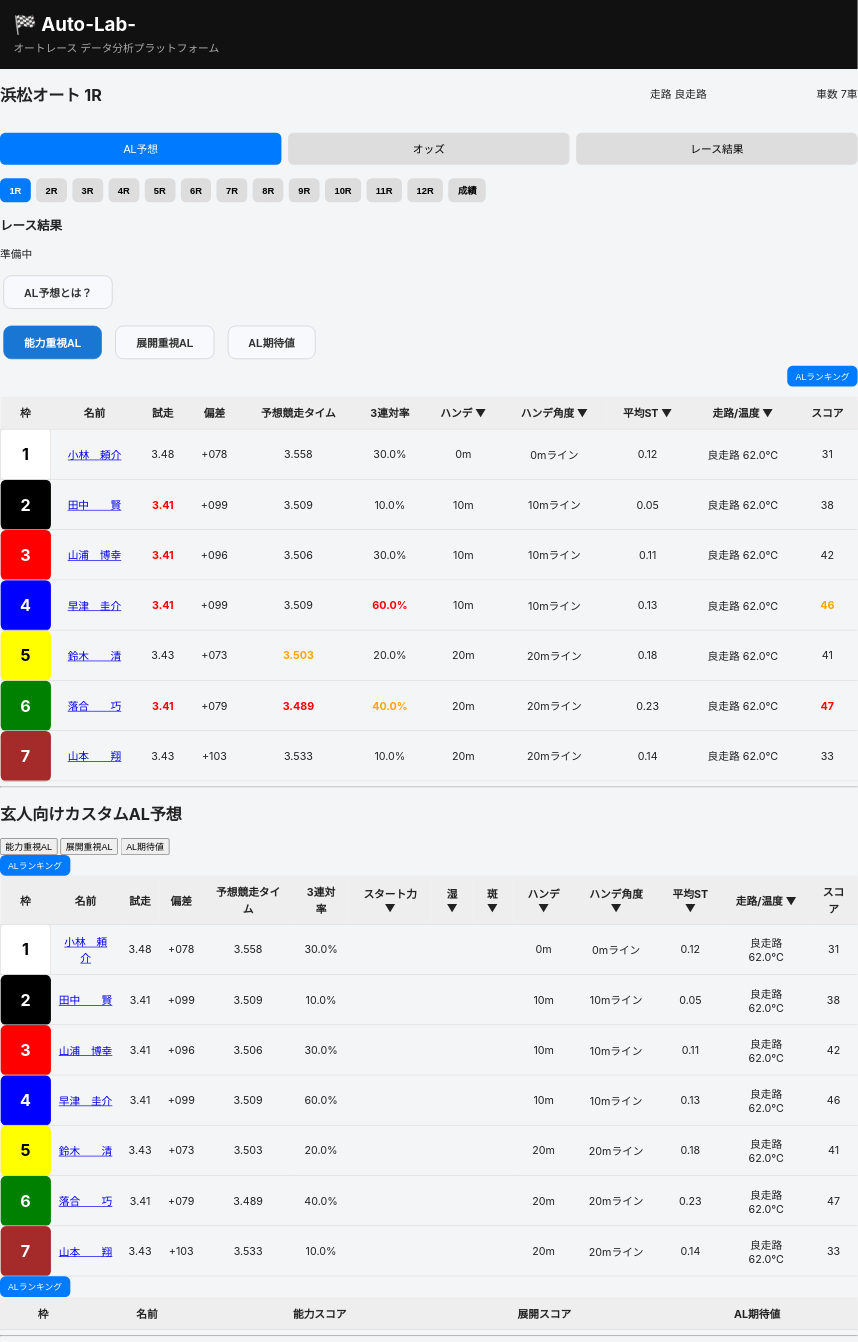
Repository: autorace-lab/Auto-Lab--main
Page: race.html
These files come from the project's save history. The page is drawn as it stood at one moment and after the next save; the edit follows.
The browser window is 1280 px wide. The pictures show the whole page, at 67% of full size.

Above is the page before, as saved 2026-08-07 22:52:00.

### race.html
<!DOCTYPE html>
<html lang="ja">

<head>
<meta charset="UTF-8">
<meta name="viewport" content="width=device-width, initial-scale=1.0">

<title>Auto-Lab- | オートレースデータ分析</title>

<link rel="stylesheet" href="style.css">

</head>


<div id="playerModal" class="modal">

<div class="modal-content">

<span class="close" onclick="closePlayer()">×</span>

<h2 id="playerName"></h2>

<p><strong>ランク</strong>　<span id="playerRank"></span></p>

<p><strong>試走平均</strong>　<span id="playerTime"></span></p>

<p><strong>平均ST</strong>　<span id="playerST"></span></p>

<p><strong>試走偏差</strong>　<span id="playerDiff"></span></p>

<p><strong>3連対率</strong>　<span id="playerTripleRate"></span></p>

<p><strong>節間成績</strong></p>

<p id="playerResults"></p>

<p><strong>直近10走</strong></p>

<p id="playerRecent"></p>

<p><strong>車番</strong>　<span id="playerCar"></span>号車</p>

<p><strong>ハンデ</strong>　<span id="playerHandicap"></span></p>

<p><strong>評価</strong>　<span id="playerEvaluation"></span></p>

</div>

</div>


<body>


<header>


<div class="logo">
<a href="index.html">
🏁 Auto-Lab-
</a>
</div>


<div class="subtitle">
オートレース データ分析プラットフォーム
</div>


</header>

<div class="race-info">

<div class="race-header">

<h2 id="raceTitle"></h2>

<p id="raceTitleType"></p>

<p id="raceDay"></p>

<p id="deadline"></p>

<p id="weather"></p>

<p id="track"></p>

<p id="cars"></p>

</div>

<div class="tabs">
  <button class="tab-btn active" onclick="changeTab('al')">AL予想</button>
  <button class="tab-btn" onclick="changeTab('odds')">オッズ</button>
  <button class="tab-btn" onclick="changeTab('result')">レース結果</button>
</div>

<div class="race-tabs">

<button class="race-tab-btn active" onclick="changeRace(1)">1R</button>
<button class="race-tab-btn" onclick="changeRace(2)">2R</button>
<button class="race-tab-btn" onclick="changeRace(3)">3R</button>
<button class="race-tab-btn" onclick="changeRace(4)">4R</button>
<button class="race-tab-btn" onclick="changeRace(5)">5R</button>
<button class="race-tab-btn" onclick="changeRace(6)">6R</button>
<button class="race-tab-btn" onclick="changeRace(7)">7R</button>
<button class="race-tab-btn" onclick="changeRace(8)">8R</button>
<button class="race-tab-btn" onclick="changeRace(9)">9R</button>
<button class="race-tab-btn" onclick="changeRace(10)">10R</button>
<button class="race-tab-btn" onclick="changeRace(11)">11R</button>
<button class="race-tab-btn" onclick="changeRace(12)">12R</button>

<button class="race-tab-btn result-tab-btn" onclick="changeRecent(this)">
成績
</button>

</div>
<div id="race" class="tab-content" style="display:none;">
  <table>
    <thead>
      <tr>
        <th>車</th>
        <th>選手</th>
        <th>ハンデ</th>
        <th>試走</th>
        <th>偏差</th>
        <th>ST</th>
        <th>3連対率</th>
        <th>節間成績</th>
    </thead>
    <tbody id="raceTable"></tbody>
  </table>
</div>
<div id="result" class="tab-content">
  <h3>レース結果</h3>
  <p>準備中</p>
</div>

<div id="recent" class="tab-content" style="display:none;">

<h2>近10走</h2>

<table class="recent-table">

<thead>
<tr>
<th>枠</th>
<th>選手</th>
<th>1走前</th>
<th>2走前</th>
<th>3走前</th>
<th>4走前</th>
<th>5走前</th>
<th>6走前</th>
<th>7走前</th>
<th>8走前</th>
<th>9走前</th>
<th>10走前</th>
</tr>
</thead>

<tbody id="recentTable">

</tbody>

</table>

</div>

<div id="odds" class="tab-content" style="display:none;">
  <h3>オッズ</h3>
  <p>ここにオッズを表示します。</p>
</div>

<div id="al" class="tab-content" style="display:block;">

   <div class="al-tabs">

<button class="al-tab-btn" onclick="toggleAbout(this)">
    AL予想とは？
</button>

</div>



    <!-- AL予想とは -->
    <div id="about" class="al-page" style="display:none;">



<h2>🏁 Auto-Lab予想（AL予想）</h2>

<p>
<strong>
試走タイムを単純評価するのではなく、選手ごとの試走特性を補正した
「予想競走タイム」と、レース条件による「展開ポイント」を組み合わせ、
そのレースにおける選手の期待値を可視化する予想システムです。
</strong>
</p>

<p>
オートレースでは、同じ試走タイムでも選手によって意味が変わります。
試走タイムを出しやすい選手、出にくい選手の特徴を
<strong>試走偏差</strong>によって補正し、
選手本来の状態を評価します。
</p>




<p>
選手自身の能力・現在の状態を重視するAI評価です。
</p>

<p>
<strong>
予想競走タイム 70％ ＋ 展開ポイント 30％
</strong>
</p>

<ul>
<li>試走タイム＋試走偏差による予想競走タイム</li>
<li>平均ST</li>
<li>ハンデ位置補正</li>
<li>走路コンディション</li>
</ul>


<h3>🌊 展開重視AL</h3>

<p>
ハンデ位置や走路条件など、レース展開の有利不利を重視するAI評価です。
</p>

<p>
<strong>
予想競走タイム 30％ ＋ 展開ポイント 70％
</strong>
</p>

<ul>
<li>試走タイム＋試走偏差による予想競走タイム</li>
<li>平均ST</li>
<li>ハンデ位置補正</li>
<li>走路コンディション（良走路・湿走路・走路温度など）</li>
</ul>


<h3>🏆 AL期待値</h3>

<p>
能力重視ALと展開重視ALの両方から、
そのレースで最も期待できる選手を分析します。
</p>

<p>
<strong>
能力 × 展開 ＝ Auto-Lab期待値
</strong>
</p>


</div>

<div class="al-sub-tabs">

<button class="al-tab-btn" onclick="changeALTab('ability', this)">
    能力重視AL
</button>

<button class="al-tab-btn" onclick="changeALTab('development', this)">
    展開重視AL
</button>

<button class="al-tab-btn" onclick="changeALTab('expectationArea', this)">
AL期待値
</button>

</div>


<section class="al-description">

  <div id="ability" class="al-page" style="display:none;">

<div class="al-header">

<div id="handicapAngleArea"></div>

    <button class="rank-btn" id="rankBtn" onclick="toggleAbilityRank()">
    ALランキング
</button>

    </div>

<table>
<thead>
<tr>
<th>枠</th>
<th>名前</th>
<th>試走</th>
<th>偏差</th>
<th>予想競走タイム</th>
<th>3連対率</th>
<th class="handicap-header" onclick="toggleHandicap()">
    ハンデ ▼
</th>
<th class="handicap-angle-header"
onclick="toggleHandicapAngle()">
ハンデ角度 ▼
</th>

<th class="st-header" onclick="toggleST()">
    平均ST ▼
</th>
<th class="temp-header" onclick="toggleTemperature()">
    走路/温度 ▼
</th>
<th>スコア</th>
</tr>
</thead>

<tbody id="abilityTable">
</tbody>

</table>
<div id="handicapAngleArea"></div>
</div>

<div id="development" class="al-page" style="display:none;">
<div class="al-header">


   <button class="rank-btn" id="developmentRankBtn" onclick="toggleDevelopmentRank()">
    ALランキング
</button>

    </div>


<table>
<thead>
<tr>
<th>枠</th>
<th>名前</th>
<th>試走</th>
<th>偏差</th>
<th>予想競走タイム</th>
<th>3連対率</th>
<th class="handicap-header" onclick="toggleHandicap()">
    ハンデ ▼
</th>
<th class="handicap-angle-header"
onclick="toggleHandicapAngle()">
ハンデ角度 ▼
</th>

<th class="st-header" onclick="toggleST()">
    平均ST ▼
</th>
<th class="temp-header" onclick="toggleTemperature()">
    走路/温度 ▼
</th>
<th>スコア</th>
</tr>
</thead>

<tbody id="developmentTable">
</tbody>

</table>

</div>

<div id="expectationArea" class="al-page" style="display:none;">

<div class="al-header">

<button class="rank-btn" id="expectationRankBtn" onclick="toggleExpectationRank()">
ALランキング
</button>

</div>
<table>

<thead>
<tr>
<th>枠</th>
<th>名前</th>
<th>能力スコア</th>
<th>展開スコア</th>
<th>AL期待値</th>
</tr>
</thead>

<tbody id="expectationTable">

</tbody>

</table>

</div>

<hr class="custom-divider">

<h2 class="custom-title">
    玄人向けカスタムAL予想
</h2>

<div class="custom-al-sub-tabs">
    <button class="custom-al-tab-btn active"
        onclick="changeCustomALTab('customAbility',this)">
        能力重視AL
    </button>

    <button class="custom-al-tab-btn"
        onclick="changeCustomALTab('customDevelopment',this)">
        展開重視AL
    </button>

    <button class="custom-al-tab-btn"
        onclick="changeCustomALTab('customExpectation',this)">
        AL期待値
    </button>
</div>

<div id="customAbility"
class="custom-al-page"
style="display:block;">


<button class="rank-btn"
id="customAbilityRankBtn"
onclick="toggleCustomAbilityRank()">
    ALランキング
</button>



<table>

<thead>
<tr>
<th>枠</th>
<th>名前</th>
<th>試走</th>
<th>偏差</th>
<th>予想競走タイム</th>
<th>3連対率</th>
<th>スタート力 ▼</th>
<th>湿 ▼</th>
<th>斑 ▼</th>
<th class="handicap-header" onclick="toggleHandicap()">
    ハンデ ▼
</th>
<th class="handicap-angle-header"
onclick="toggleHandicapAngle()">
ハンデ角度 ▼
</th>

<th class="st-header" onclick="toggleST()">
    平均ST ▼
</th>
<th class="temp-header" onclick="toggleTemperature()">
    走路/温度 ▼
</th>
<th>スコア</th>
</tr>
</thead>

<tbody id="customAbilityTable">
</tbody>

</table>

</div>

<div id="customDevelopment"
class="custom-al-page"
style="display:none;">
  <button class="rank-btn"
id="customDevelopmentRankBtn"
onclick="toggleCustomDevelopmentRank()">
    ALランキング
</button>




<table>
<thead>
<tr>
<th>枠</th>
<th>名前</th>
<th>試走</th>
<th>偏差</th>
<th>予想競走タイム</th>
<th>3連対率</th>
<th>スタート力 ▼</th>
<th>湿 ▼</th>
<th>斑 ▼</th>
<th class="handicap-header" onclick="toggleHandicap()">
    ハンデ ▼
</th>
<th class="handicap-angle-header"
onclick="toggleHandicapAngle()">
ハンデ角度 ▼
</th>

<th class="st-header" onclick="toggleST()">
    平均ST ▼
</th>
<th class="temp-header" onclick="toggleTemperature()">
    走路/温度 ▼
</th>
<th>スコア</th>
</tr>
</thead>

<tbody id="customDevelopmentTable">
</tbody>

</table>

</div>

<div id="customExpectation" class="custom-al-page">

<button class="rank-btn"
id="customExpectationRankBtn"
onclick="toggleCustomExpectationRank()">
    ALランキング
</button>


<table>

<thead>
<tr>
<th>枠</th>
<th>名前</th>
<th>能力スコア</th>
<th>展開スコア</th>
<th>AL期待値</th>
</tr>
</thead>

<tbody id="customExpectationTable">

</tbody>

</table>

</div>

<hr class="custom-divider">



    </table>
</div>


<div id="customDevelopment"
     class="custom-al-page"
     style="display:none;">
    <table>
        <thead></thead>
        <tbody id="customDevelopmentTable"></tbody>
    </table>
</div>



<script src="script.js"></script>

</body>

</html>

### style.css
body {
    margin:0;
    font-family:
    -apple-system,
    BlinkMacSystemFont,
    "Helvetica Neue",
    Arial,
    sans-serif;
    background:#f4f5f7;
    color:#222;
}


/* ヘッダー */

header {
    background:#111;
    color:white;
    padding:20px;
}

.logo {
    font-size:28px;
    font-weight:bold;
}

.subtitle {
    color:#aaa;
    margin-top:5px;
}


/* 全体 */

.container {
    max-width:900px;
    margin:auto;
    padding:15px;
}


/* カード */

.card {
    background:white;
    border-radius:14px;
    padding:20px;
    margin-bottom:15px;
    box-shadow:0 3px 10px rgba(0,0,0,0.08);
}


/* レース情報 */

.race-header {
    display:flex;
    justify-content:space-between;
    align-items:center;
}

.badge {
    background:#e60012;
    color:white;
    padding:6px 12px;
    border-radius:20px;
}



/* 表 */

table {
    width:100%;
    border-collapse:collapse;
}


th {
    background:#eee;
}


th,td {
    padding:12px;
    text-align:center;
    border-bottom:1px solid #ddd;
}


/* 車番 */

.car {
    font-size:22px;
    font-weight:bold;
}


/* 評価 */

.rating {
    display:flex;
    gap:10px;
}


.rating div {
    flex:1;
    background:#f5f5f5;
    padding:15px;
    text-align:center;
    border-radius:10px;
}


.star {
    color:#ff9800;
    font-size:22px;
}


/* データ */

.data {
    display:grid;
    grid-template-columns:repeat(3,1fr);
    gap:10px;
}


.data div {
    background:#f5f5f5;
    padding:15px;
    text-align:center;
    border-radius:10px;
}


.number {
    font-size:24px;
    font-weight:bold;
}

  .car {
    width:50px;
    height:50px;
    border-radius:8px;
    color:white;
    font-size:24px;
    font-weight:bold;
}


.car1 {
    background:white;
    color:black;
    border:1px solid #ddd;
}

.car2 {
    background:black;
}

.car3 {
    background:red;
}

.car4 {
    background:blue;
}

.car5 {
    background:yellow;
    color:black;
}

.car6 {
    background:green;
}

.car7 {
    background:brown;
}

.car8 {
    background:purple;
}

/* 試走偏差 */

.plus{
    color:#16a34a;
    font-weight:bold;
    background:#dcfce7;
    padding:4px 8px;
    border-radius:20px;
}

.normal{
    color:#ca8a04;
    font-weight:bold;
    background:#fef9c3;
    padding:4px 8px;
    border-radius:20px;
}

.minus{
    color:#dc2626;
    font-weight:bold;
    background:#fee2e2;
    padding:4px 8px;
    border-radius:20px;
}

/* モーダル */

.modal{

display:none;

position:fixed;

left:0;
top:0;

width:100%;
height:100%;

background:rgba(0,0,0,.6);

}

.modal-content{

background:white;

width:420px;

margin:80px auto;

padding:25px;

border-radius:12px;

position:relative;

}


.close{

position:absolute;

right:15px;

top:10px;

font-size:30px;

cursor:pointer;

}

.tabs {
    display: flex;
    gap: 10px;
    margin: 20px 0;
}

.tab-btn {
    flex: 1;
    padding: 12px;
    border: none;
    background: #ddd;
    cursor: pointer;
    font-size: 16px;
    border-radius: 8px;
    transition: 0.3s;
}

.tab-btn:hover {
    background: #bbb;
}

.tab-btn.active {
    background: #007bff;
    color: white;
}

.tab-content {
    margin-top: 15px;
}

.race-card {
    background: white;
    border-radius: 12px;
    padding: 20px;
    margin: 20px 0;
    box-shadow: 0 4px 12px rgba(0,0,0,0.1);
}

.race-card h3 {
    margin-top: 0;
    font-size: 24px;
}

.race-card button {
    width: 100%;
    padding: 12px;
    border: none;
    border-radius: 8px;
    background: #0066ff;
    color: white;
    font-size: 16px;
    cursor: pointer;
}
.race-card h3 span {
    float: right;
    font-size: 14px;
    font-weight: normal;
}

.race-list {
    display: grid;
    grid-template-columns: 1fr 1fr;
    gap: 15px;
}

.logo a {
    text-decoration: none;
    color: inherit;
}

.best-score {
    color:red !important;
    font-weight:bold;
}

.second-score {
    color:orange !important;
    font-weight:bold;
}

.al-header {
    display: flex;
    justify-content: flex-end;
    align-items: center;
    margin-bottom: 15px;
}

.rank-btn{
    padding:6px 12px;
    border:none;
    border-radius:8px;
    background:#007bff;
    color:white;
    cursor:pointer;
    font-size:13px;
}

.rank-btn:hover{
    opacity:.9;
}

/* AL予想とは？タブ */
.al-tabs {
    margin-bottom: 15px;
}


/* 能力・展開タブ */
.al-sub-tabs {
    display: flex;
    gap: 10px;
    margin: 5px 0;
}


/* ALタブ共通 */
.al-tab-btn {
    padding: 12px 30px;
    margin: 5px;
    border: 1px solid #ccc;
    border-radius: 12px;
    background: #f7f9fc;
    color: #333;
    font-size: 16px;
    font-weight: bold;
    cursor: pointer;
    transition: 0.2s;
}


/* マウスを乗せた時 */
.al-tab-btn:hover {
    background: #e3f2fd;
}


/* 選択中 */
.al-tab-btn.active {
    background: #1976d2;
    color: white;
    border-color: #1976d2;
}

.al-page {
    margin-top: 5px;
}

.buff-plus {
    color: red !important;
}

.buff-minus {
    color: blue !important;
}

.race-tab-btn {
    padding:8px 14px;
    border:none;
    border-radius:8px;
    background:#ddd;
    cursor:pointer;
    font-weight:bold;
}


.race-tab-btn.active {
    background:#007bff;
    color:white;
}

.race-tabs {
    display:flex;
    gap:8px;
    margin:15px 0;
    flex-wrap:wrap;
}


.race-tab-btn {
    padding:8px 14px;
    border:none;
    border-radius:8px;
    background:#ddd;
    cursor:pointer;
    font-size:14px;
    font-weight:bold;
}


.race-tab-btn.active {
    background:#007bff;
    color:white;
}

Loaded but not shown: script.js (2400 lines, source omitted); hamamatsu1_recent.html (11109 lines, source omitted); hamamatsu1_new.html (3905 lines, source omitted)

After the next save:
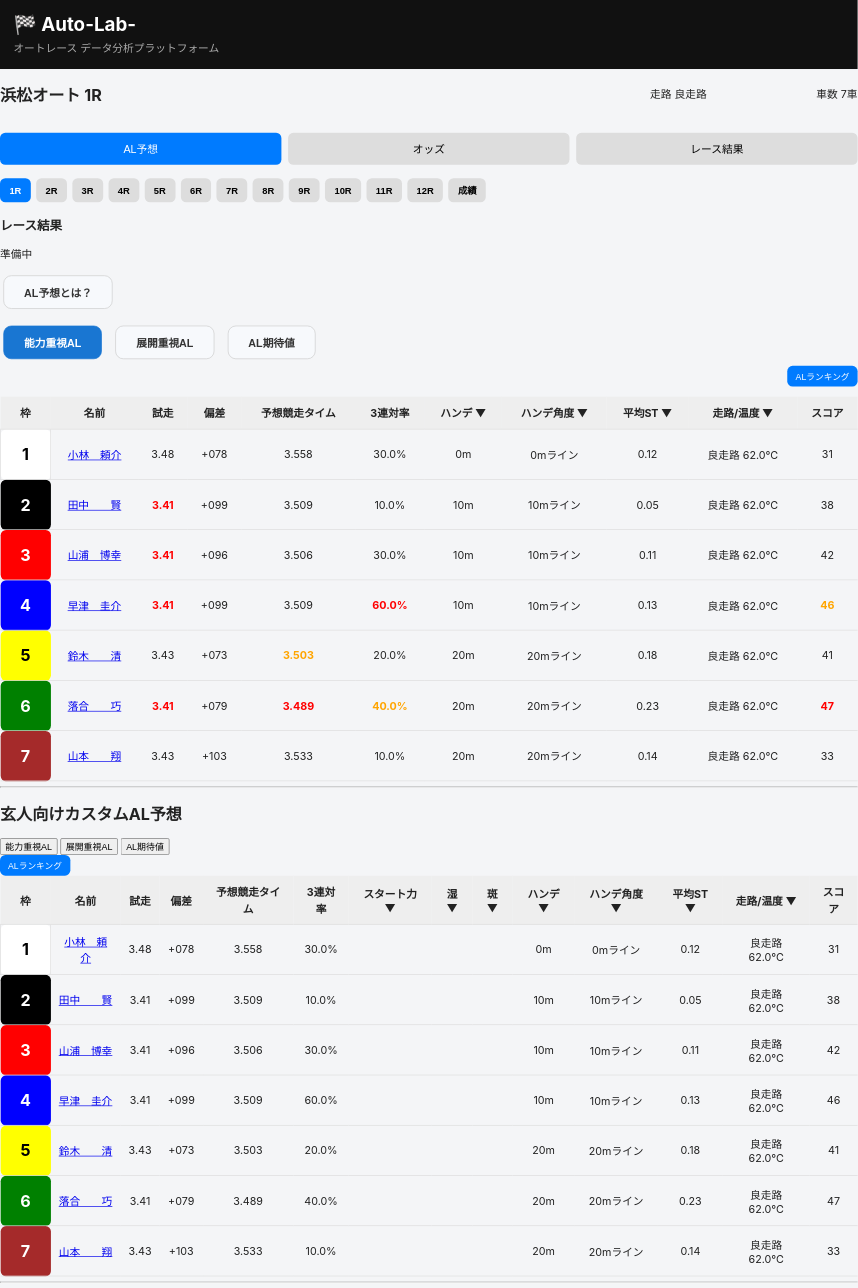
Saved 19 s later.
--- a/race.html
+++ b/race.html
@@ -525,7 +525,9 @@ onclick="toggleHandicapAngle()">
 
 </div>
 
-<div id="customExpectation" class="custom-al-page">
+<div id="customExpectation"
+class="custom-al-page"
+style="display:none;">
 
 <button class="rank-btn"
 id="customExpectationRankBtn"
